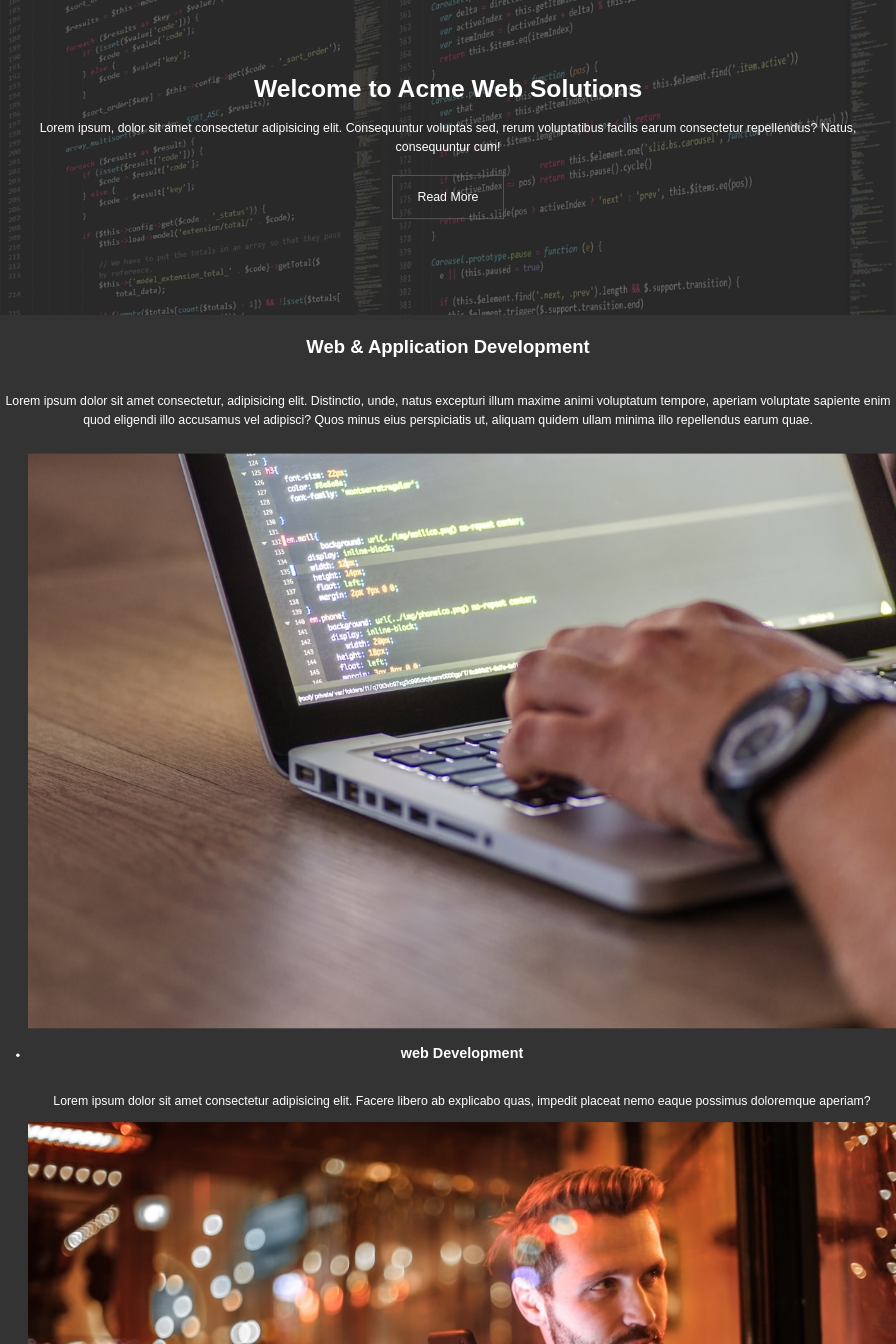
Repository: ErikBaer/MobileFirst
Page: index.html
These files come from the project's save history. The page is drawn as it stood at one moment and after the next save; the edit follows.
The browser window is 1280 px wide. The pictures show the part of the page from y = 0 to 1920 px (the page is 4144 px tall before and 4179 px after), at 70% of full size.

Above is the page before, as saved 2020-02-15 03:02:40.

After the next save:
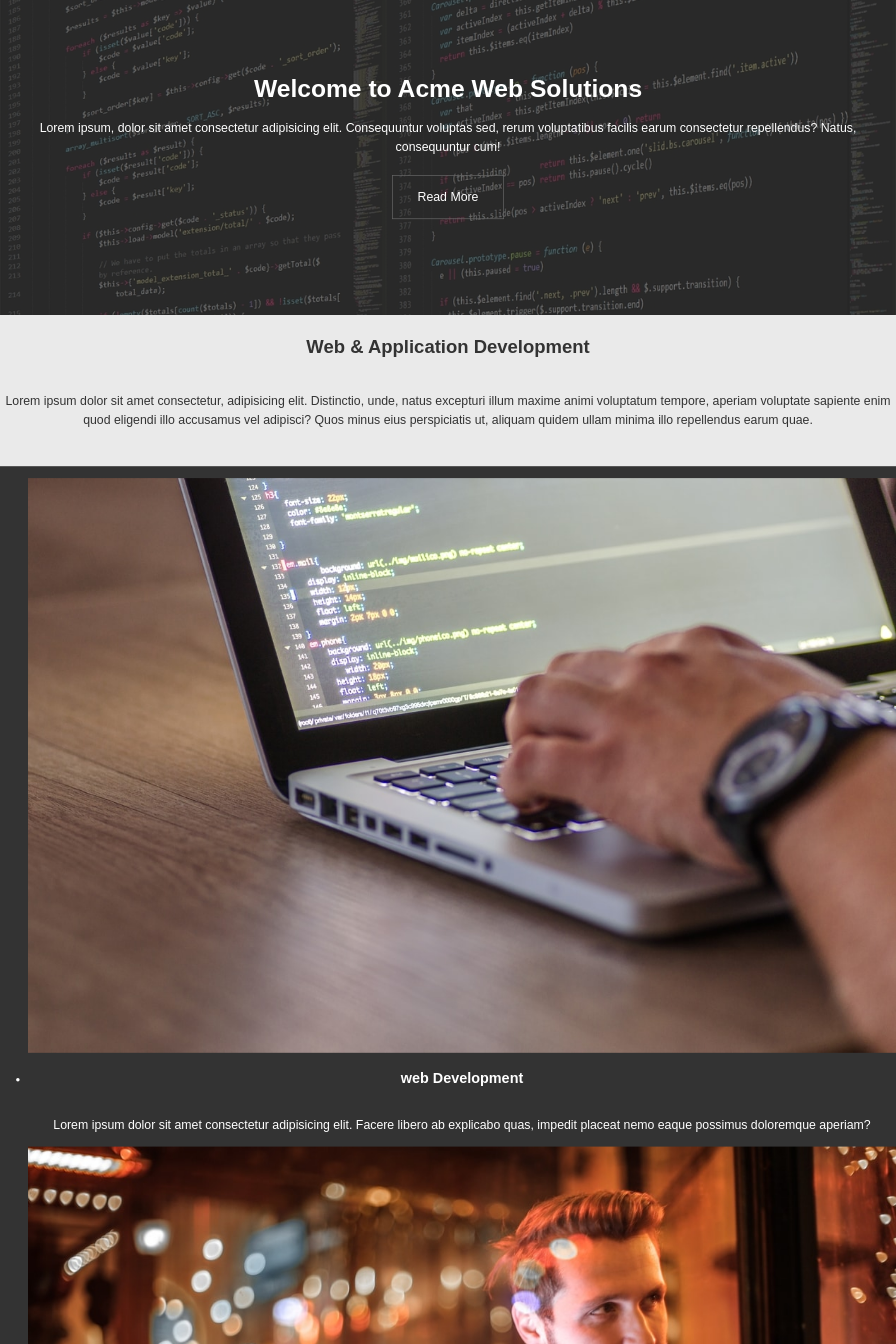
Saved 83 s later.
--- a/style.css
+++ b/style.css
@@ -67,3 +67,12 @@ p {
 #showcase .content-wrap {
     padding: 0 1.5em;
 }
+
+
+/* Section A */
+
+#section-a {
+    background: #eaeaea;
+    color: #333;
+    padding-bottom: 2em;
+}
